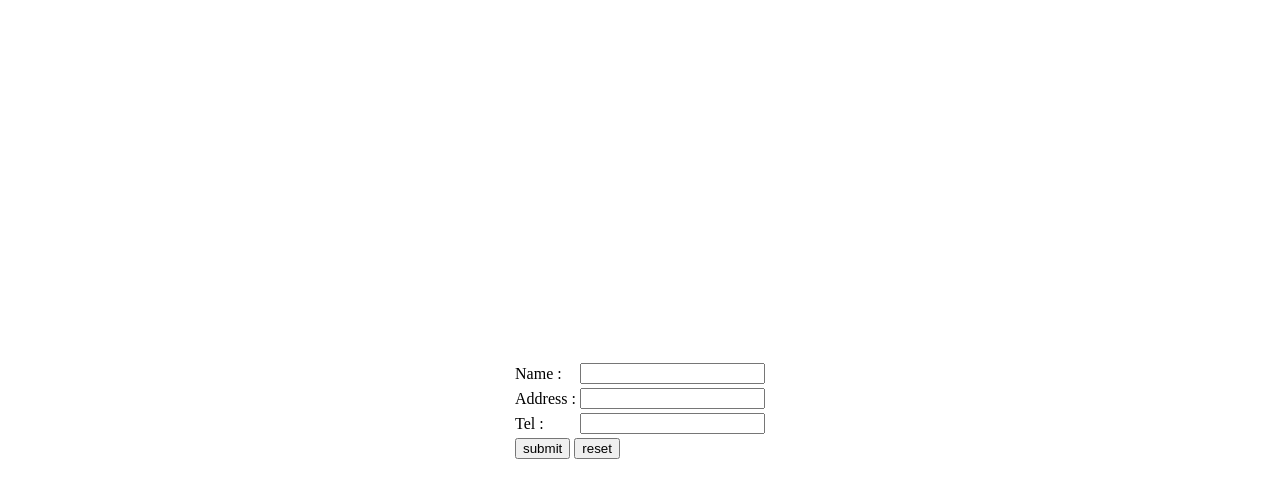
Repository: suzume1203/test
Page: http://localhost/JspProject/TestOS.jsp
These files come from the project's save history. The page is drawn as it stood at one moment and after the next save; the edit follows.
The browser window is 1280 px wide. The pictures show the whole page.
The page is served by Tomcat 10. Nobody is signed in. The application's start-up code is not run.

Above is the page before, as saved 2023-03-08 05:58:44.

After the next save:
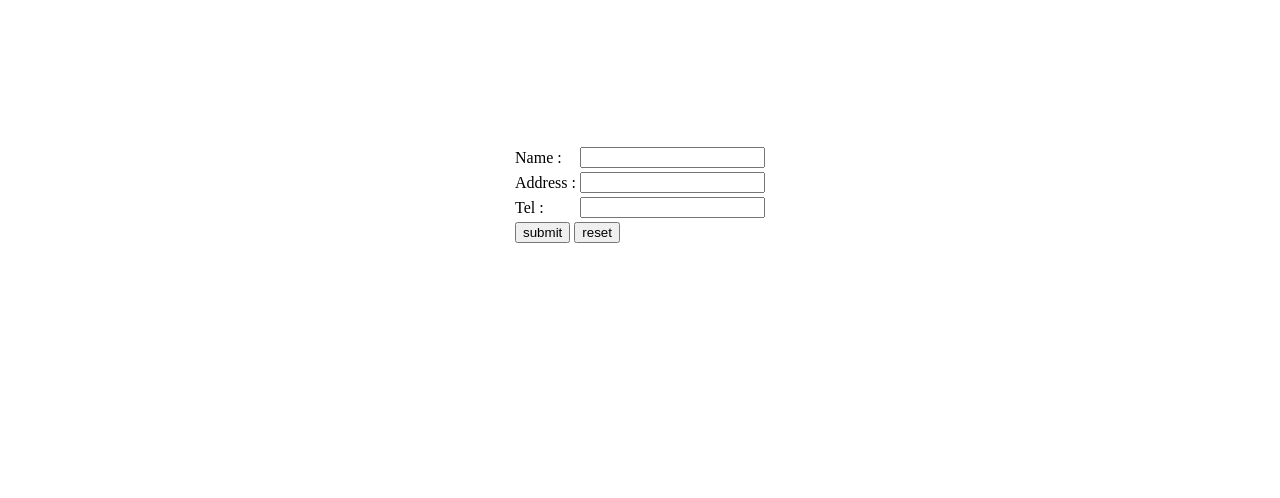
Saved 20 s later.
--- a/JspProject/src/main/webapp/TestOS.jsp
+++ b/JspProject/src/main/webapp/TestOS.jsp
@@ -7,7 +7,7 @@
 <style>
 table {
 	margin: auto;
-	margin-top: 50vh;
+	margin-top: 20vh;
 
 }
 </style>
